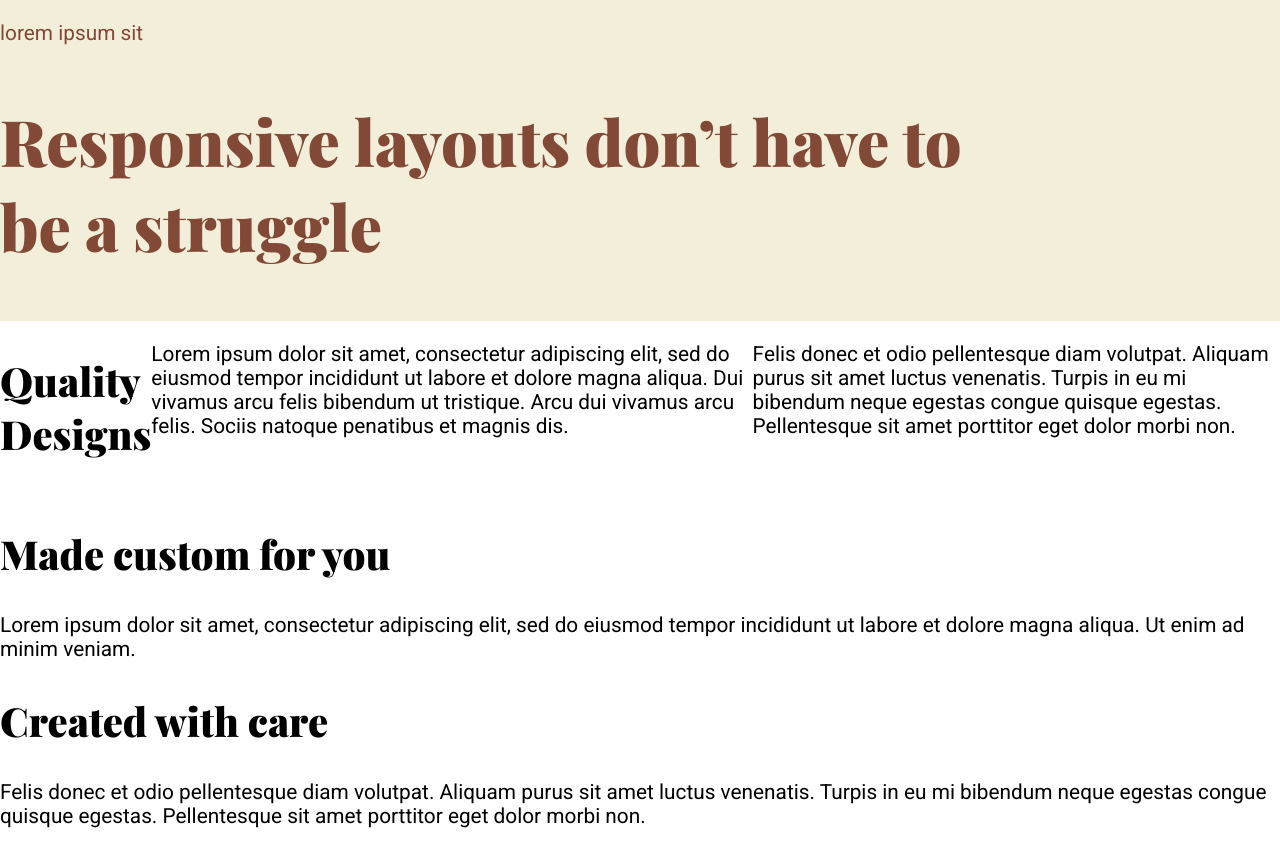
Repository: GregG21/Kevin-Powell-21-day-challange
Page: Day 12/index.html
The author's editor kept a copy of each file at every save. The page is drawn from the files as they stood at one save, then again after the next save.
The browser window is 1280 px wide. The pictures show the whole page.
The style sheet was rebuilt from its Sass, Less or Tailwind sources for each picture, by a compiler version that may differ from the author's.

Above is the page before, as saved 2020-09-11 20:00:44.

### Day 12/index.html
<!DOCTYPE html>
<html lang="en">
  <head>
    <meta charset="UTF-8" />
    <meta name="viewport" content="width=device-width, initial-scale=1.0" />
    <title>Responsive layout</title>
    <link
      href="https://fonts.googleapis.com/css2?family=Playfair+Display:wght@900&family=Roboto:wght@300;400&display=swap"
      rel="stylesheet"
    />
    <link rel="stylesheet" href="/css/style.css" />
  </head>
  <body>
    <section class="hero">
      <div class="container display-flex">
        <div class="hero__text">
          <p>lorem ipsum sit</p>
          <h1>Responsive layouts don’t have to be a struggle</h1>
        </div>
      </div>
    </section>

    <main>
      <section class="display-flex">
        <h2>Quality Designs</h2>
        <p>
          Lorem ipsum dolor sit amet, consectetur adipiscing elit, sed do
          eiusmod tempor incididunt ut labore et dolore magna aliqua. Dui
          vivamus arcu felis bibendum ut tristique. Arcu dui vivamus arcu felis.
          Sociis natoque penatibus et magnis dis.
        </p>
        <p>
          Felis donec et odio pellentesque diam volutpat. Aliquam purus sit amet
          luctus venenatis. Turpis in eu mi bibendum neque egestas congue
          quisque egestas. Pellentesque sit amet porttitor eget dolor morbi non.
        </p>
      </section>

      <section>
        <h2>Made custom for you</h2>
        <p>
          Lorem ipsum dolor sit amet, consectetur adipiscing elit, sed do
          eiusmod tempor incididunt ut labore et dolore magna aliqua. Ut enim ad
          minim veniam.
        </p>
      </section>
      <section>
        <h2>Created with care</h2>
        <p>
          Felis donec et odio pellentesque diam volutpat. Aliquam purus sit amet
          luctus venenatis. Turpis in eu mi bibendum neque egestas congue
          quisque egestas. Pellentesque sit amet porttitor eget dolor morbi non.
        </p>
      </section>
    </main>
  </body>
</html>

### Day 12/style.scss
// font-family: 'Playfair Display', serif;

// font-family: 'Roboto', sans-serif;




*, *::before, *::after {
    box-sizing: border-box;
}

body {
    margin: 0;
    padding: 0;
    font-family: 'Roboto', sans-serif;
}

h1 {
    font-size: 4rem;
    font-family: 'Playfair Display', serif;
    font-weight: 900;
}
h2 {
    font-size: 2.5rem;
    font-family: 'Playfair Display', serif;
    font-weight: 900;
}
p {
    font-size: 1.3rem;
    font-family: 'Roboto', sans-serif;
    font-weight: 400;
}




.container {
    width: 80%;
    max-width: 1128px;
}

.display-flex {
    display: flex;
}

.hero {
    background-color: #F3EED9;
    color: #824936;
}

After the next save:
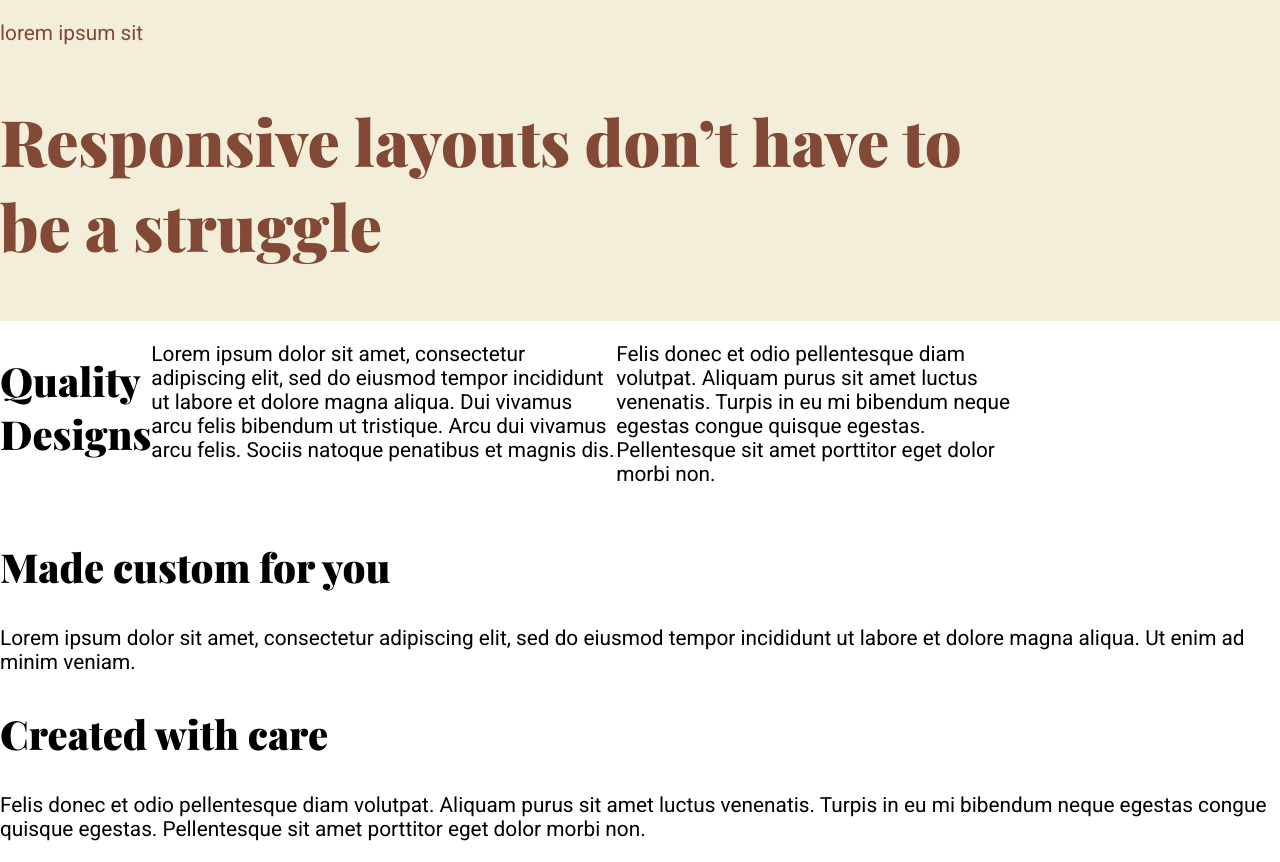
Saved 10 s later.
--- a/Day 12/index.html
+++ b/Day 12/index.html
@@ -21,7 +21,7 @@
     </section>
 
     <main>
-      <section class="display-flex">
+      <section class="container display-flex">
         <h2>Quality Designs</h2>
         <p>
           Lorem ipsum dolor sit amet, consectetur adipiscing elit, sed do
